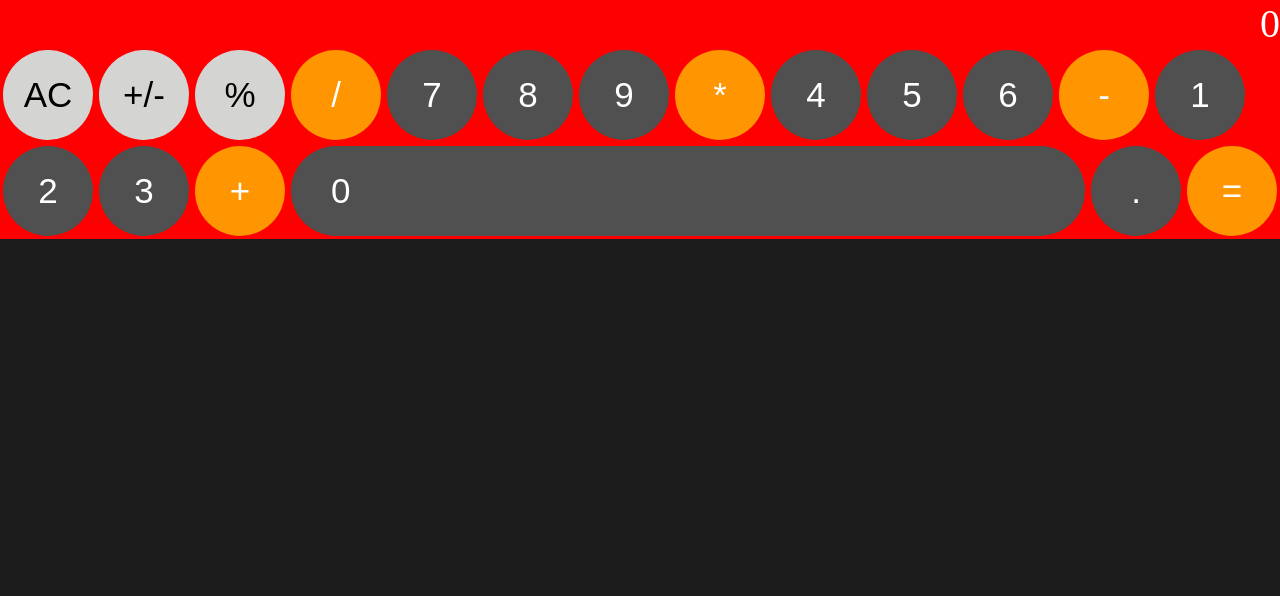
Repository: Sukhvir-Grewal/Calculator
Page: index.html
These files come from the project's save history. The page is drawn as it stood at one moment and after the next save; the edit follows.
The browser window is 1280 px wide. The pictures show the whole page.

Above is the page before, as saved 2023-12-07 12:57:28.

After the next save:
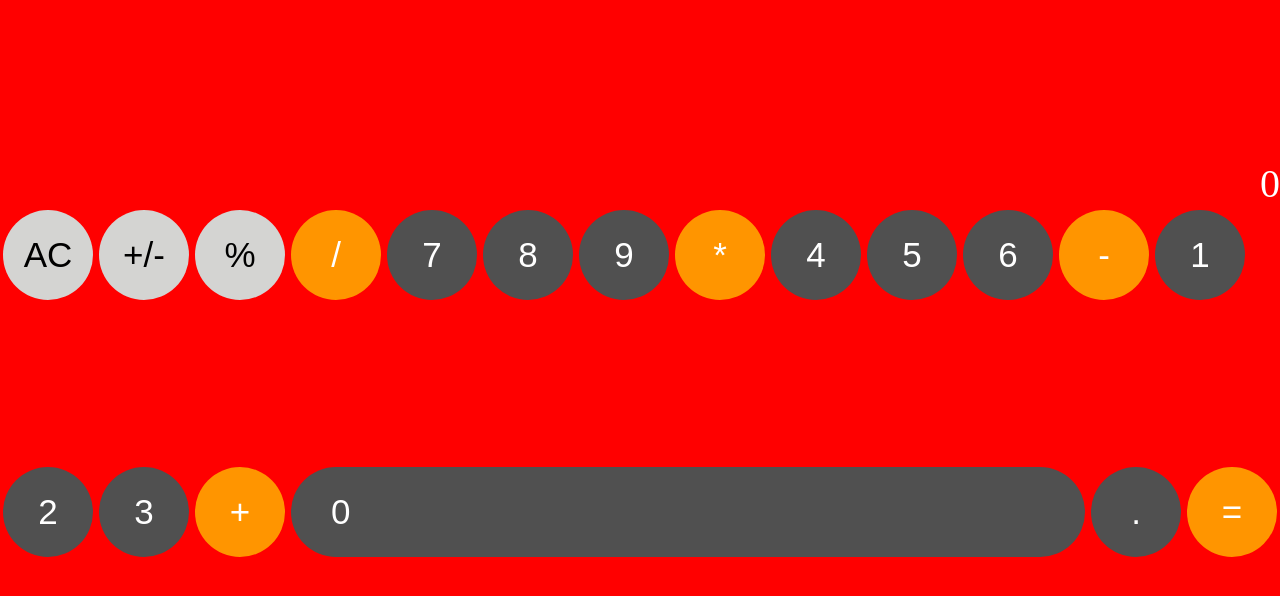
Saved 104 s later.
--- a/index.css
+++ b/index.css
@@ -19,7 +19,8 @@
     display: flex;
     flex-wrap: wrap;
     background-color: red;
-    height: 100v;
+    height: 100dvh;
+    margin-top: ;
 }
 button {
     width: 90px;
